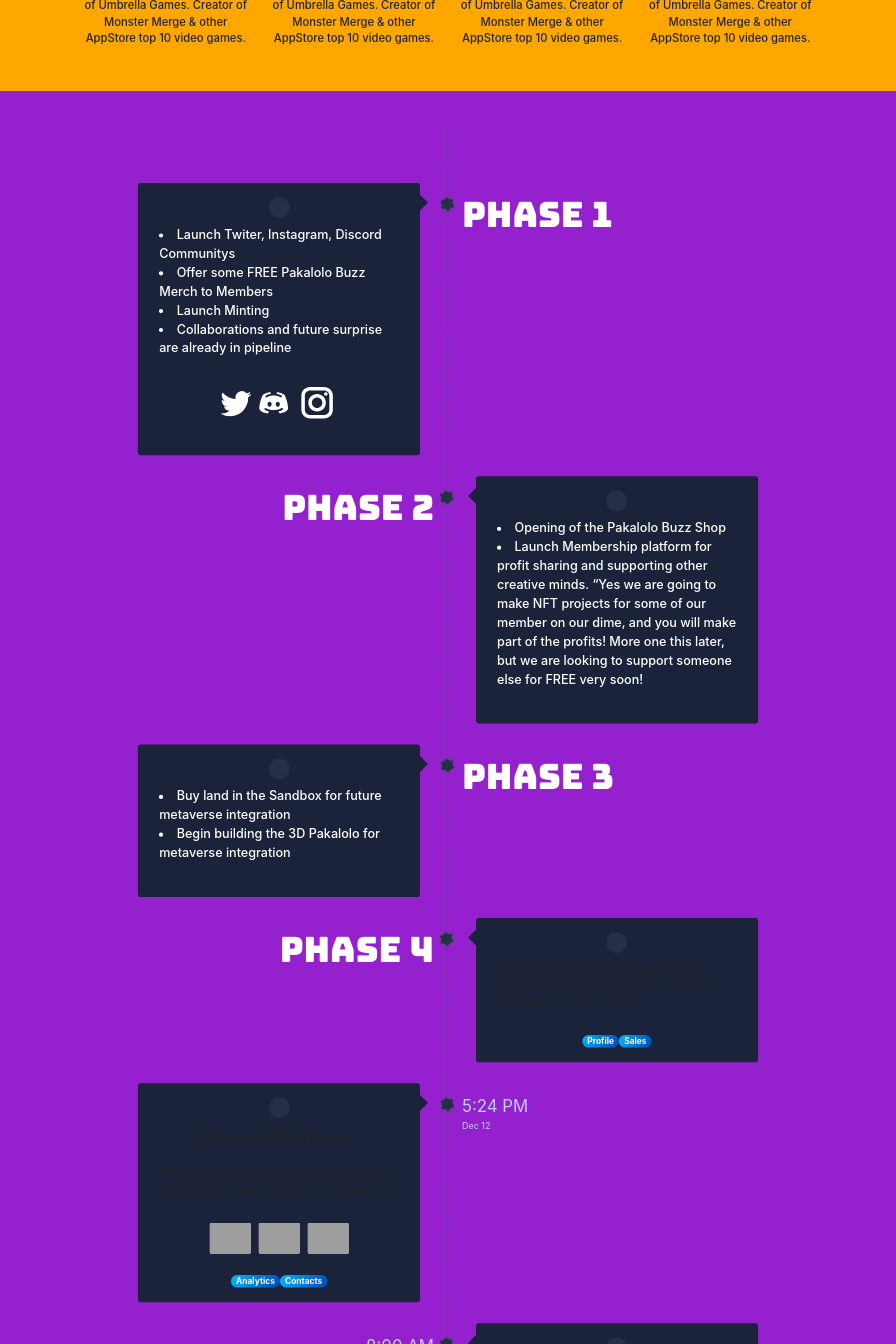
Repository: danishmahmoodawan/Pakalolo_buzz
Page: /
These files come from the project's save history. The page is drawn as it stood at one moment and after the next save; the edit follows.
The browser window is 1280 px wide. The pictures show the part of the page from y = 2739 to 4659 px (the page is 6672 px tall before and 6570 px after), at 70% of full size.
Pictures or frames that could not be fetched are drawn as grey boxes. The project was rebuilt for these pictures with package versions that can differ from the ones it lists, and the page was loaded fresh each time. Also part of the build but not shown: craco.config.js.

Above is the page before, as saved 2022-04-29 02:36:44.

After the next save:
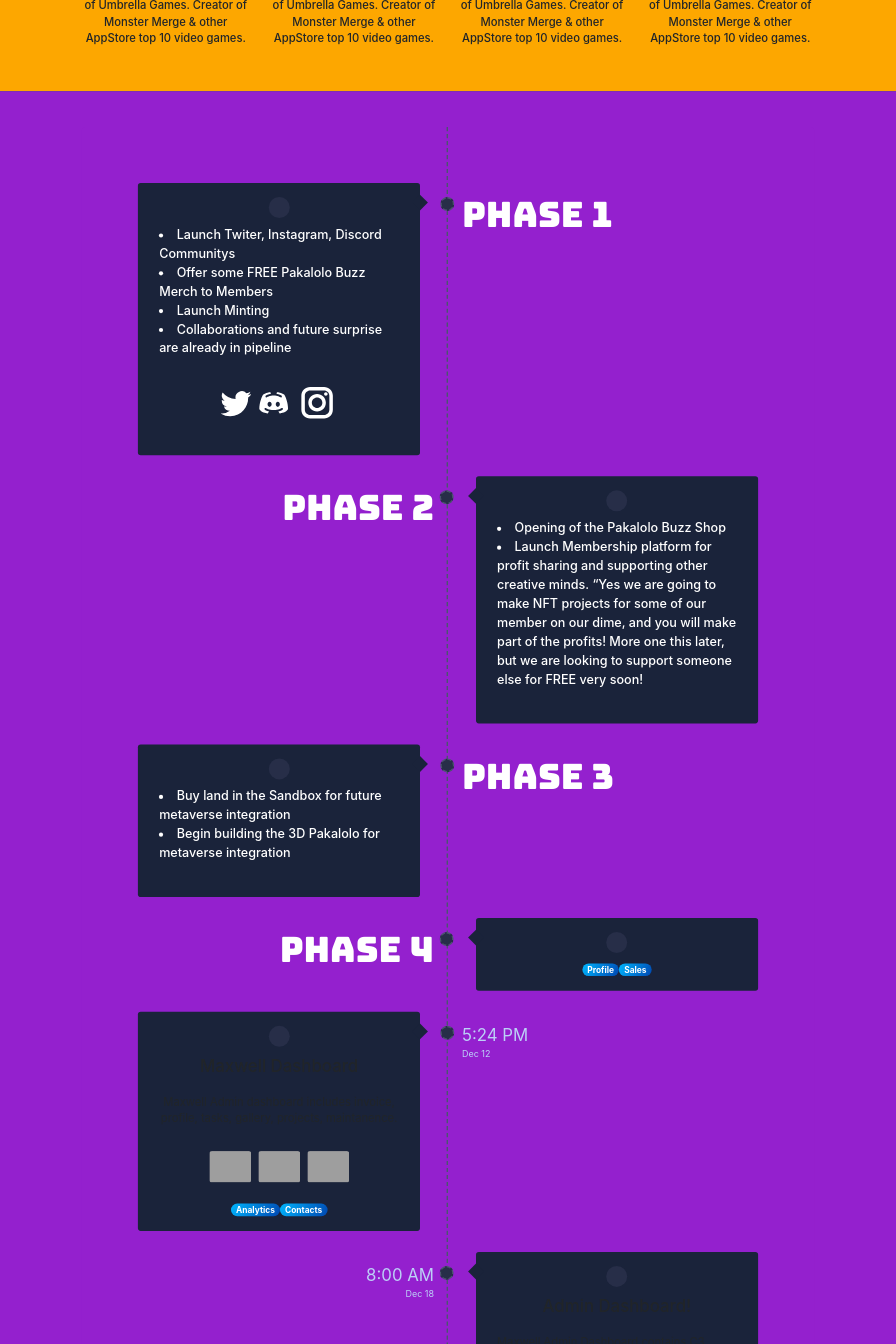
Saved 4 s later.
--- a/src/pages/Home.js
+++ b/src/pages/Home.js
@@ -235,7 +235,6 @@
 			</div>
 			<div class="timeline-content">
 				<i class="icon-directions"></i>
-				<p>Maxwell Admin Dashboard contains C3 graphs, flot graphs, data tables, calendar, drag &amp; drop and ion slider.</p>
 				<div>
 					<span class="badge badge-pill">Profile</span>
 					<span class="badge badge-pill">Sales</span>
